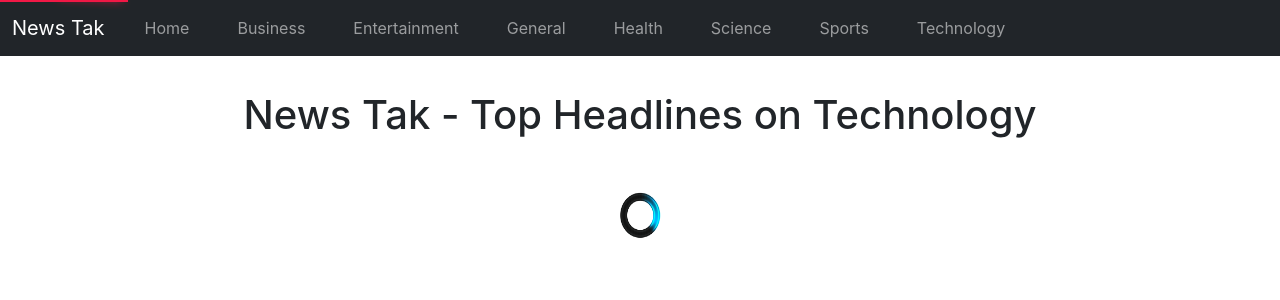
Repository: Rohit-foryou/News-website
Page: /technology
The author's editor kept a copy of each file at every save. The page is drawn from the files as they stood at one save, then again after the next save.
The browser window is 1280 px wide. The pictures show the whole page.
The page's requests for data from a server got no answer. The project was rebuilt for these pictures with package versions that can differ from the ones it lists, and the page was loaded fresh each time. No one was signed in, and anything a server would have sent is missing. Also part of the build but not shown: src/Components/NewsItem.js.

Above is the page before, as saved 2024-01-11 21:51:20.

After the next save:
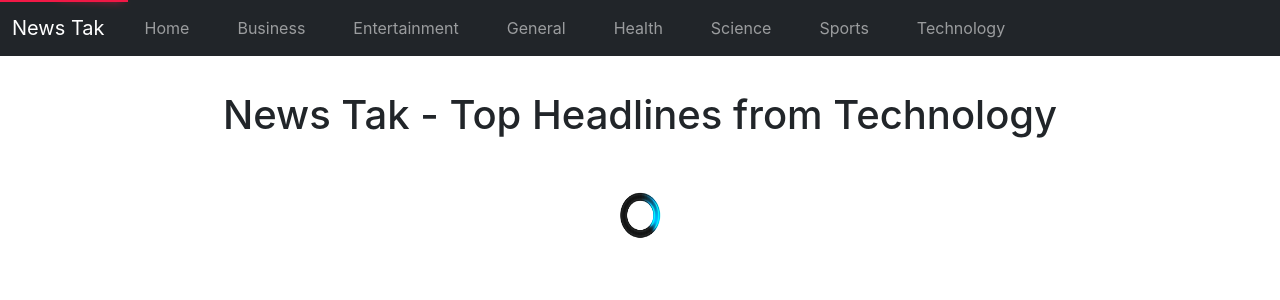
Saved 25 s later.
--- a/src/Components/News.js
+++ b/src/Components/News.js
@@ -91,7 +91,7 @@ export class News extends Component {
   render() {
     return (
       <>
-        <h1 className="text-center" style={{ margin: '35px 0px' }}>News Tak - Top Headlines on {this.capitalizeFirstLetter(this.props.category)}</h1>
+        <h1 className="text-center" style={{ margin: '35px 0px' }}>News Tak - Top Headlines from {this.capitalizeFirstLetter(this.props.category)}</h1>
         {/* {this.state.loading && <Spinner/>} */}
 
         <InfiniteScroll
